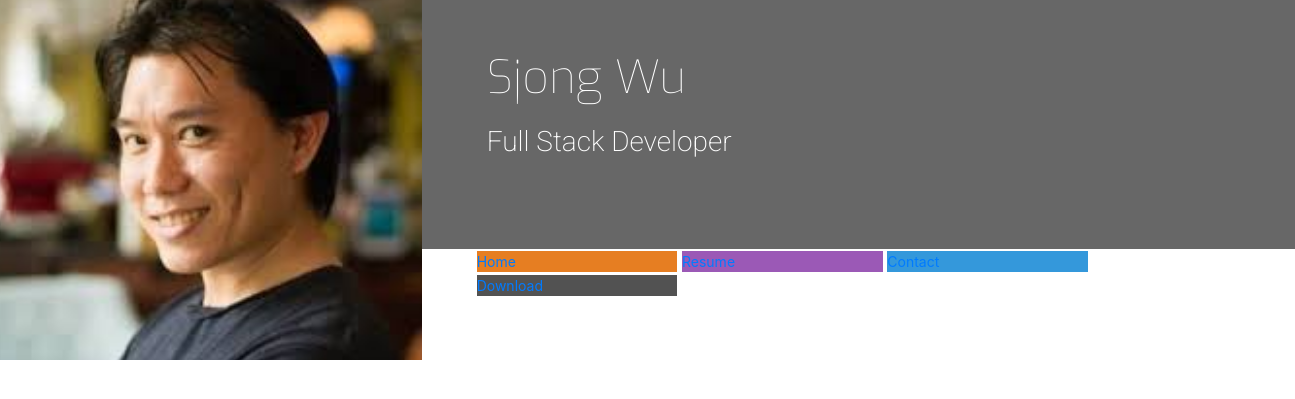
Repository: Scuzeme/codeinstitue-resume-project
Page: index.html
The author's editor kept a record of every edit. The page is drawn from the files as they stood at one moment, then again after the next edit.
The browser window is 1280 px wide. The page is 1295 px wide, so the pictures cover 1295 px, including what lies to the right of the window. The pictures show the whole page.

Above is the page before.

After the next edit:
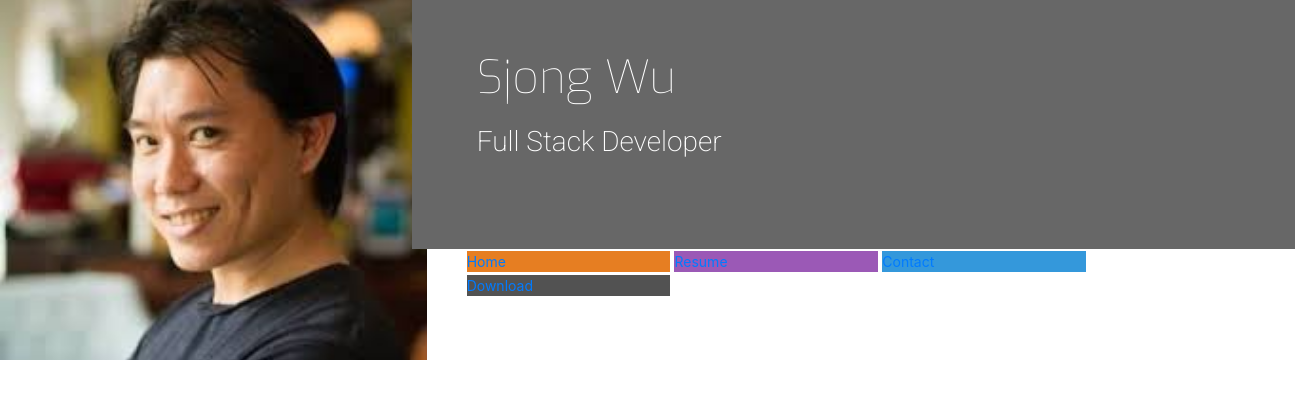
The edit:
--- a/index.html
+++ b/index.html
@@ -13,7 +13,7 @@
 </head>
 <body>
     <header>
-        <div class="row no-gutter">
+        <div class="row no-gutters">
             <a href="index.html" class="col-md-4 logo">
 
             </a>
